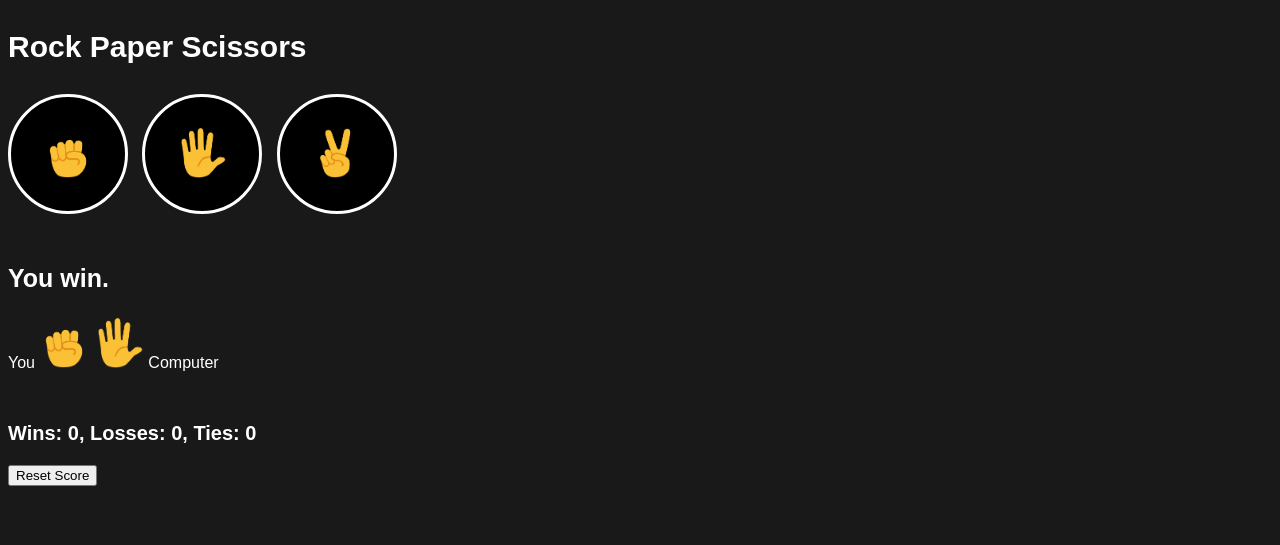
Repository: Samkiroko/Javascript-course
Page: 10-rock-paper-scissior.html
The author's editor kept a copy of each file at every save. The page is drawn from the files as they stood at one save, then again after the next save.
The browser window is 1280 px wide. The pictures show the whole page.

Above is the page before, as saved 2023-08-28 11:34:30.

### 10-rock-paper-scissior.html
<!DOCTYPE html>
<html>
  <head>
    <title>Rock Paper Scissors</title>
    <style>
      body {
        background-color: #191919;
        color: white;
        font-family: sans-serif;
      }
      .title {
        font-size: 30px;
        font-weight: bold;
      }
      .move-icon {
        height: 50px;
      }
      .move-button {
        border: 3px solid white;
        background-color: black;
        width: 120px;
        height: 120px;
        border-radius: 60%;
        margin-right: 10px;
        cursor: pointer;
      }
      .result {
        font-size: 25px;
        font-weight: bold;
        margin-top: 50px;
      }
      .score {
        font-size: 20px;
        font-weight: bold;
        margin-top: 50px;
      }
    </style>
  </head>
  <body>
    <p class="title">Rock Paper Scissors</p>
    <button
      onclick="
      playGame('rock');
    "
      class="move-button"
    >
      <img src="/img/rock-emoji.png" alt="Rock" srcset="" class="move-icon" />
    </button>

    <button
      onclick="
      playGame('paper');
    "
      class="move-button"
    >
      <img src="/img/paper-emoji.png" alt="paper" class="move-icon" />
    </button>

    <button
      onclick="
      playGame('scissors');
    "
      class="move-button"
    >
      <img src="/img/scissors-emoji.png" alt="Scissors" class="move-icon" />
    </button>
    <p class="js-result result">You win.</p>
    <p class="js-moves">
      You
      <span class=""
        ><img src="/img/rock-emoji.png" alt="" class="move-icon" />
        <img src="/img/paper-emoji.png" alt="" class="move-icon" />
      </span>
      Computer
    </p>
    <p class="js-score score"></p>

    <button
      onclick="
      score.wins = 0;
      score.losses = 0;
      score.ties = 0;
      localStorage.removeItem('score');
      updateScoreElement();
    "
    >
      Reset Score
    </button>

    <script>
      let score = JSON.parse(localStorage.getItem('score')) || {
        wins: 0,
        losses: 0,
        ties: 0,
      };

      updateScoreElement();

      /*
      if (!score) {
        score = {
          wins: 0,
          losses: 0,
          ties: 0
        };
      }
      */

      function playGame(playerMove) {
        const computerMove = pickComputerMove();

        let result = '';

        if (playerMove === 'scissors') {
          if (computerMove === 'rock') {
            result = 'You lose.';
          } else if (computerMove === 'paper') {
            result = 'You win.';
          } else if (computerMove === 'scissors') {
            result = 'Tie.';
          }
        } else if (playerMove === 'paper') {
          if (computerMove === 'rock') {
            result = 'You win.';
          } else if (computerMove === 'paper') {
            result = 'Tie.';
          } else if (computerMove === 'scissors') {
            result = 'You lose.';
          }
        } else if (playerMove === 'rock') {
          if (computerMove === 'rock') {
            result = 'Tie.';
          } else if (computerMove === 'paper') {
            result = 'You lose.';
          } else if (computerMove === 'scissors') {
            result = 'You win.';
          }
        }

        if (result === 'You win.') {
          score.wins += 1;
        } else if (result === 'You lose.') {
          score.losses += 1;
        } else if (result === 'Tie.') {
          score.ties += 1;
        }

        localStorage.setItem('score', JSON.stringify(score));

        updateScoreElement();

        document.querySelector('.js-result').innerHTML = result;
        document.querySelector(
          '.js-moves'
        ).innerHTML = `You picked ${playerMove} - Computer picked ${computerMove}.`;
      }

      function updateScoreElement() {
        document.querySelector(
          '.js-score'
        ).innerHTML = `Wins: ${score.wins}, Losses: ${score.losses}, Ties: ${score.ties}`;
      }

      function pickComputerMove() {
        const randomNumber = Math.random();

        let computerMove = '';

        if (randomNumber >= 0 && randomNumber < 1 / 3) {
          computerMove = 'rock';
        } else if (randomNumber >= 1 / 3 && randomNumber < 2 / 3) {
          computerMove = 'paper';
        } else if (randomNumber >= 2 / 3 && randomNumber < 1) {
          computerMove = 'scissors';
        }

        return computerMove;
      }
    </script>
  </body>
</html>

After the next save:
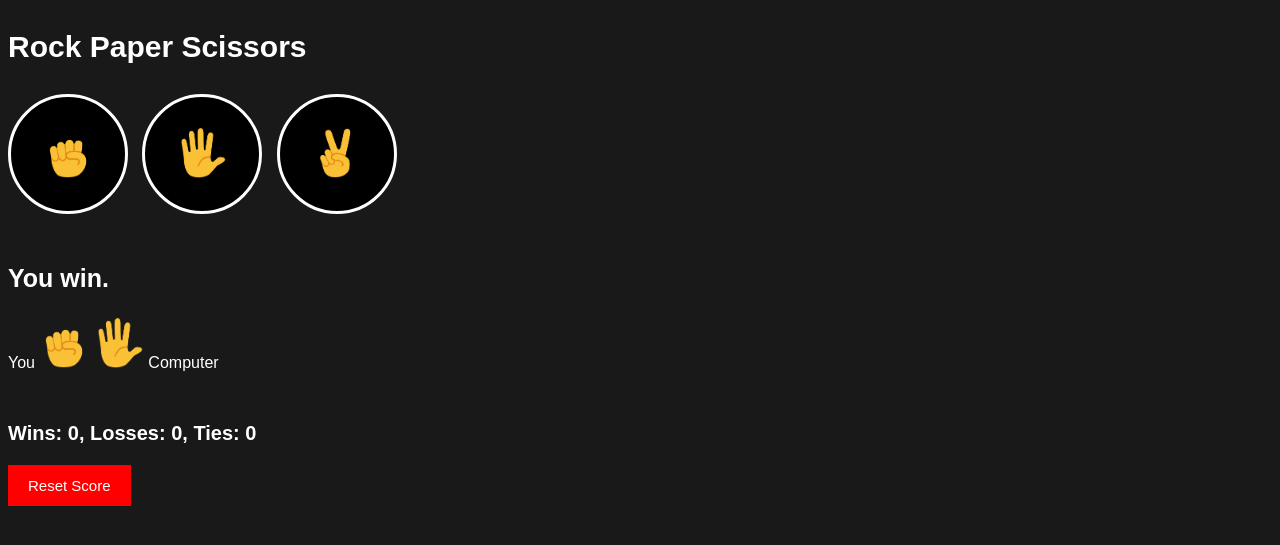
Saved 54 s later.
--- a/10-rock-paper-scissior.html
+++ b/10-rock-paper-scissior.html
@@ -33,6 +33,14 @@
         font-size: 20px;
         font-weight: bold;
         margin-top: 50px;
+      }
+      .reset-button {
+        background-color: red;
+        border: none;
+        color: white;
+        font-size: 15px;
+        padding: 12px 20px;
+        cursor: pointer;
       }
     </style>
   </head>
@@ -83,6 +91,7 @@
       localStorage.removeItem('score');
       updateScoreElement();
     "
+      class="reset-button"
     >
       Reset Score
     </button>
